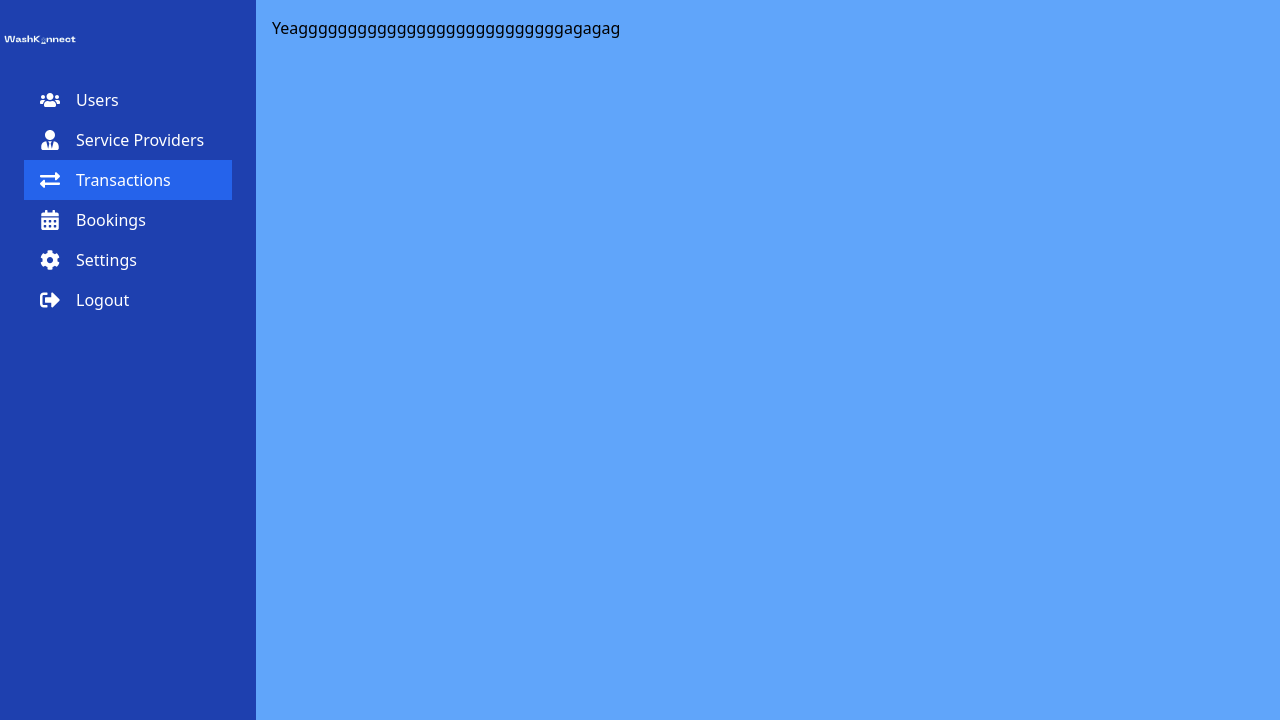
Repository: TEKVOLUTION-LTD/Admin-washKonnect
Page: /dashboard/transactions (app in Admin-WashKonnect/)
The author's editor kept a copy of each file at every save. The page is drawn from the files as they stood at one save, then again after the next save.
The browser window is 1280 px wide. The pictures show the whole page.
The project was rebuilt for these pictures with package versions that can differ from the ones it lists, and the page was loaded fresh each time. Also part of the build but not shown: Admin-WashKonnect/vite.config.js, Admin-WashKonnect/src/api/api.js, Admin-WashKonnect/src/pages/LoginPage.jsx, Admin-WashKonnect/src/components/Pagination.jsx, Admin-WashKonnect/src/components/UsersPage.jsx, Admin-WashKonnect/src/pages/ServiceProviderPage.jsx, Admin-WashKonnect/src/pages/BookingsPage.jsx, Admin-WashKonnect/src/pages/SettingsPage.jsx and 1 more.

Above is the page before, as saved 2024-11-20 10:46:39.

### Admin-WashKonnect/src/App.jsx
import { BrowserRouter as Router, Route, Routes } from "react-router-dom";
import LoginPage from "./pages/LoginPage";
import Dashboard from "./pages/Dashboard";

function App() {
  return (
    <Router>
      <Routes>
        <Route path="/" element={<LoginPage />} />
        <Route path="/dashboard/*" element={<Dashboard />} />
      </Routes>
    </Router>
  );
}

export default App;

### Admin-WashKonnect/src/pages/Dashboard.jsx
import { Route, Routes } from "react-router-dom";
import Sidebar from "../components/Sidebar";
import UserPage from "../components/UsersPage";
import ServiceProviderPage from "./ServiceProviderPage";
import TransactionPage from "./TransactionsPage";
import BookingsPage from "./BookingsPage";
import SettingsPage from "./SettingsPage";
import LogoutPage from "./LogoutPage";

const Dashboard = () => {
  return (
    <div className="flex h-screen ">
      <Sidebar />
      <div className="flex-1 bg-blue-400 p-4 overflow-auto ">
        <Routes>
          <Route path="users" element= {<UserPage />} />
          <Route path="service-providers" element={<ServiceProviderPage />} />
          <Route path="transactions" element={<TransactionPage />} />
          <Route path="bookings" element={<BookingsPage />} />
          <Route path="settings" element={<SettingsPage />} />
          <Route path="logout" element={<LogoutPage />} />
        </Routes>
      </div>
    </div>
  );
};

export default Dashboard;

### Admin-WashKonnect/src/components/Sidebar.jsx
import { NavLink } from "react-router-dom";
import { FaUsers, FaUserTie, FaExchangeAlt, FaCalendarAlt, FaCog, FaSignOutAlt } from "react-icons/fa";
import WashkonnectLogo from '../assets/WashkonnectLogo.png'

const Sidebar = () => {
  const links = [
    { name: "Users", path: "users", icon: <FaUsers /> },
    { name: "Service Providers", path: "service-providers", icon: <FaUserTie /> },
    { name: "Transactions", path: "transactions", icon: <FaExchangeAlt /> },
    { name: "Bookings", path: "bookings", icon: <FaCalendarAlt /> },
    { name: "Settings", path: "settings", icon: <FaCog /> },
    { name: "Logout", path: "logout", icon: <FaSignOutAlt /> },
  ];

  return (
    <div className="w-64 bg-blue-800 text-white h-full  flex flex-col">
      <div>
        <img src={WashkonnectLogo} className="h-[5rem]" alt="" />
      </div>
      <nav className="flex-1 mt-[rem] px-[1.5rem] ">
        {links.map((link) => (
          <NavLink
            key={link.name}
            to={`/dashboard/${link.path}`}
            className={({ isActive }) =>
              `block px-4 py-2 flex items-center space-x-4 hover:bg-blue-400 ${
                isActive ? "bg-blue-600" : ""
              }`
            }
          >
            <span className="text-xl">{link.icon}</span>
            <span>{link.name}</span>
          </NavLink>
        ))}
      </nav>
    </div>
  );
};

export default Sidebar;

### Admin-WashKonnect/src/pages/TransactionsPage.jsx
import React from 'react'

const TransactionsPage = () => {
  return (
    <div>
      Yeagggggggggggggggggggggggggggagagag
    </div>
  )
}

export default TransactionsPage

Loaded but not shown: Admin-WashKonnect/index.html (common file); Admin-WashKonnect/src/main.jsx (common file); Admin-WashKonnect/src/index.css (common file); Admin-WashKonnect/tailwind.config.js (common file)

After the next save:
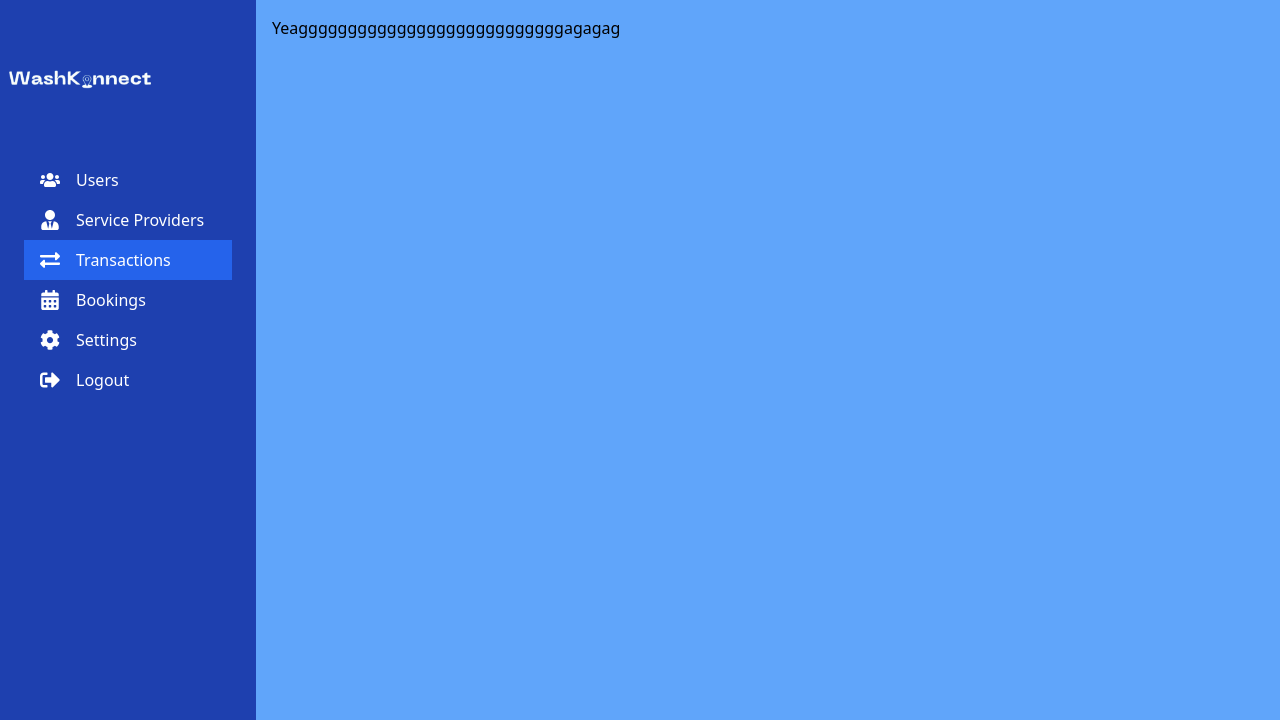
Saved 15 s later.
--- a/Admin-WashKonnect/src/components/Sidebar.jsx
+++ b/Admin-WashKonnect/src/components/Sidebar.jsx
@@ -15,7 +15,7 @@ const Sidebar = () => {
   return (
     <div className="w-64 bg-blue-800 text-white h-full  flex flex-col">
       <div>
-        <img src={WashkonnectLogo} className="h-[5rem]" alt="" />
+        <img src={WashkonnectLogo} className="h-[10rem]" alt="" />
       </div>
       <nav className="flex-1 mt-[rem] px-[1.5rem] ">
         {links.map((link) => (
